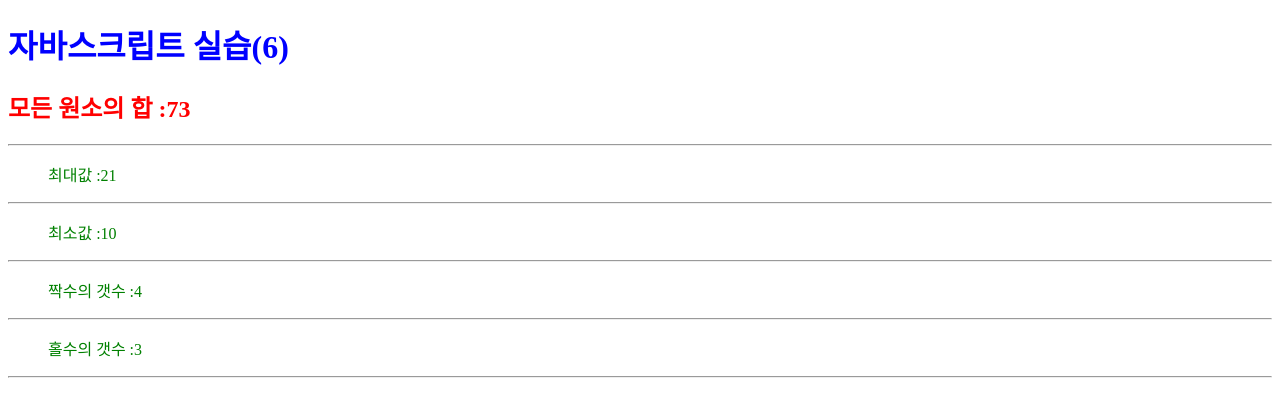
Repository: jhsnex123/web_study
Page: edu/src/main/webapp/jsexam/exercise6.html
These files come from the project's save history. The page is drawn as it stood at one moment and after the next save; the edit follows.
The browser window is 1280 px wide. The pictures show the whole page.

Above is the page before, as saved 2024-09-23 08:54:48.

After the next save:
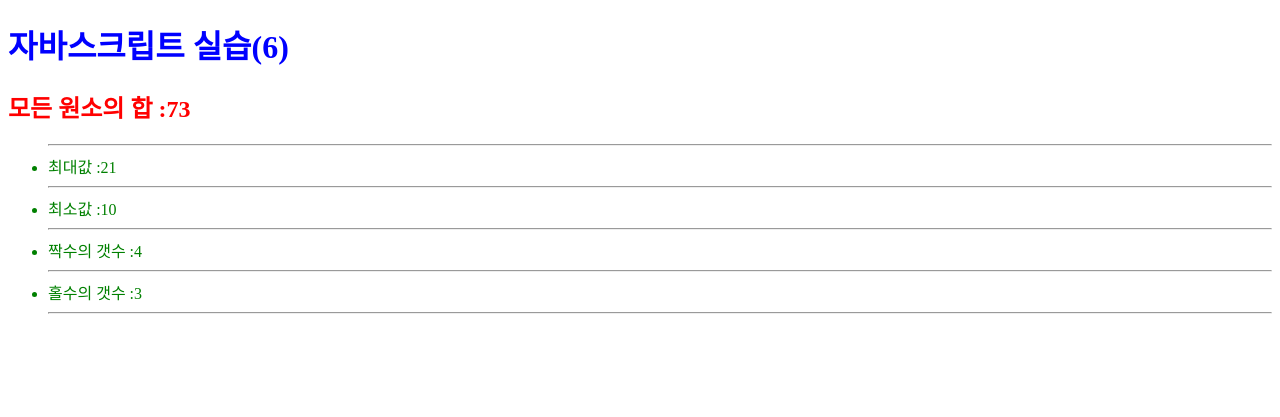
Saved 15 h 49 min later.
--- a/edu/src/main/webapp/jsexam/exercise6.html
+++ b/edu/src/main/webapp/jsexam/exercise6.html
@@ -99,14 +99,15 @@
      var numEven = getCountEvenNum(ary);
 
      writeColor('모든 원소의 합 :'+numSum, 'h2', 'red');
+     document.write("<ul>");
      hr();
-     writeColor('최대값 :'+numMax, 'ul', 'green');
+     writeColor('최대값 :'+numMax, 'li', 'green');
      hr();
-     writeColor('최소값 :'+numMin, 'ul', 'green');
+     writeColor('최소값 :'+numMin, 'li', 'green');
      hr();
-     writeColor('짝수의 갯수 :'+numEven, 'ul', 'green');
+     writeColor('짝수의 갯수 :'+numEven, 'li', 'green');
      hr();
-     writeColor('홀수의 갯수 :'+numOdd, 'ul', 'green');
+     writeColor('홀수의 갯수 :'+numOdd, 'li', 'green');
      hr();
      </script>
 </body>
